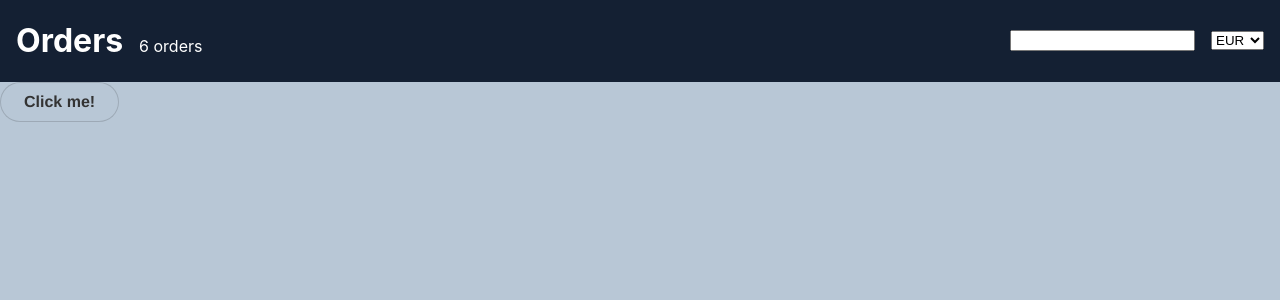
Repository: PreetiToppo/Assignment_Question_1
Page: /
The author's editor kept a copy of each file at every save. The page is drawn from the files as they stood at one save, then again after the next save.
The browser window is 1280 px wide. The pictures show the whole page.
The project was rebuilt for these pictures with package versions that can differ from the ones it lists, and the page was loaded fresh each time. Also part of the build but not shown: src/component/list/ListRow.module.css, src/component/list/ListRow.jsx, src/component/list/ListRowCell.module.css, src/component/list/ListRowCell.jsx, src/component/list/ListHeader.jsx, src/component/list/ListHeaderCell.module.css, src/component/list/ListHeaderCell.jsx, src/component/list/List.module.css and 3 more.

Above is the page before, as saved 2023-08-06 13:21:15.

After the next save:
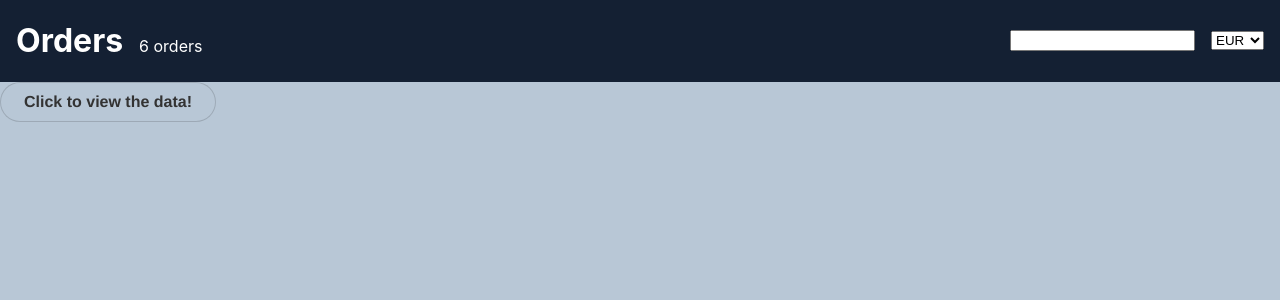
Saved 79 s later.
--- a/src/pages/Dashboard.jsx
+++ b/src/pages/Dashboard.jsx
@@ -47,7 +47,6 @@ const Dashboard = () => {
   };
 
   const messageComponent = () => {
-    alert("Hello World!");
     setShowPage(!showPage);
   };
 
@@ -129,7 +128,7 @@ const Dashboard = () => {
       <StoryBookButton
         primary={false}
         size="large"
-        label="Click me!"
+        label="Click to view the data!"
         onClick={messageComponent}
       />
     </div>
